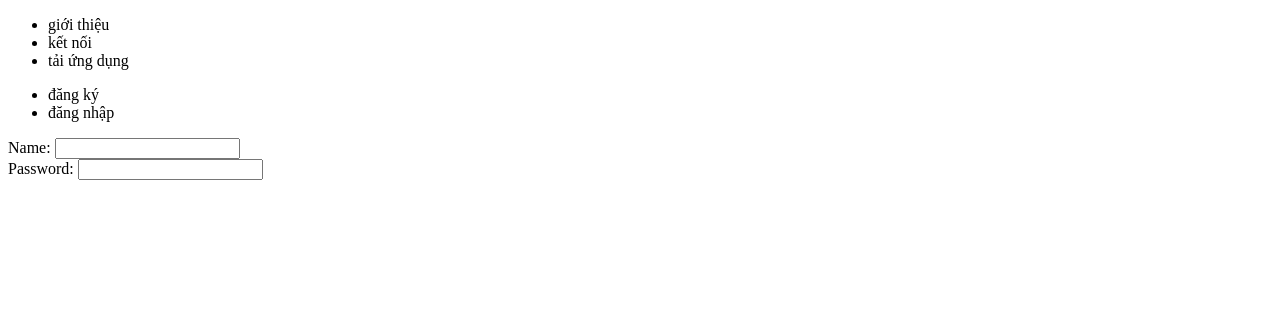
Repository: tuyencoder55/clone-shoppe
Page: index.html
An editor plug-in stored every save of this project. The page is shown before and after the next save, followed by the edit.
The browser window is 1280 px wide. The pictures show the whole page.

Above is the page before, as saved 2024-06-19 11:03:53.

After the next save:
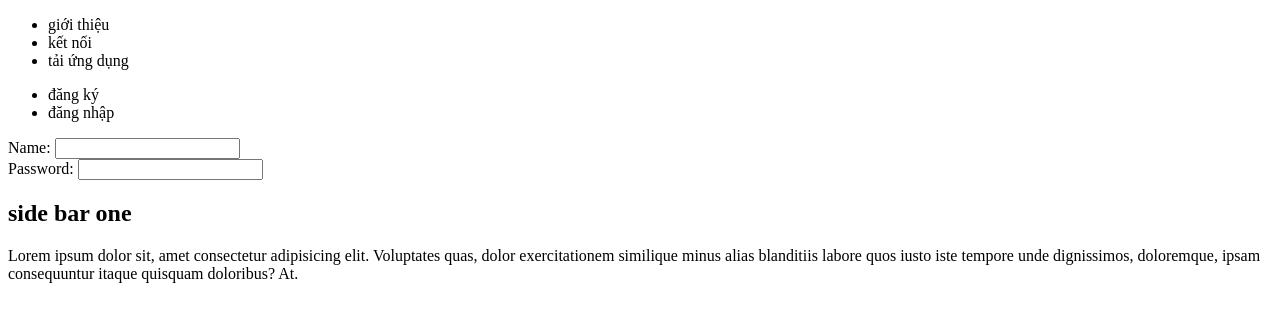
Saved 6 min 49 s later.
--- a/index.html
+++ b/index.html
@@ -32,5 +32,14 @@
         </div>
       </form>
     </div>
+
+    <!-- column layout -->
+
+    <div class="column-layout">
+        <div class="column-item sidebar-one">
+            <h2>side bar one</h2>
+            <p>Lorem ipsum dolor sit, amet consectetur adipisicing elit. Voluptates quas, dolor exercitationem similique minus alias blanditiis labore quos iusto iste tempore unde dignissimos, doloremque, ipsam consequuntur itaque quisquam doloribus? At.</p>
+        </div>
+    </div>
   </body>
 </html>
